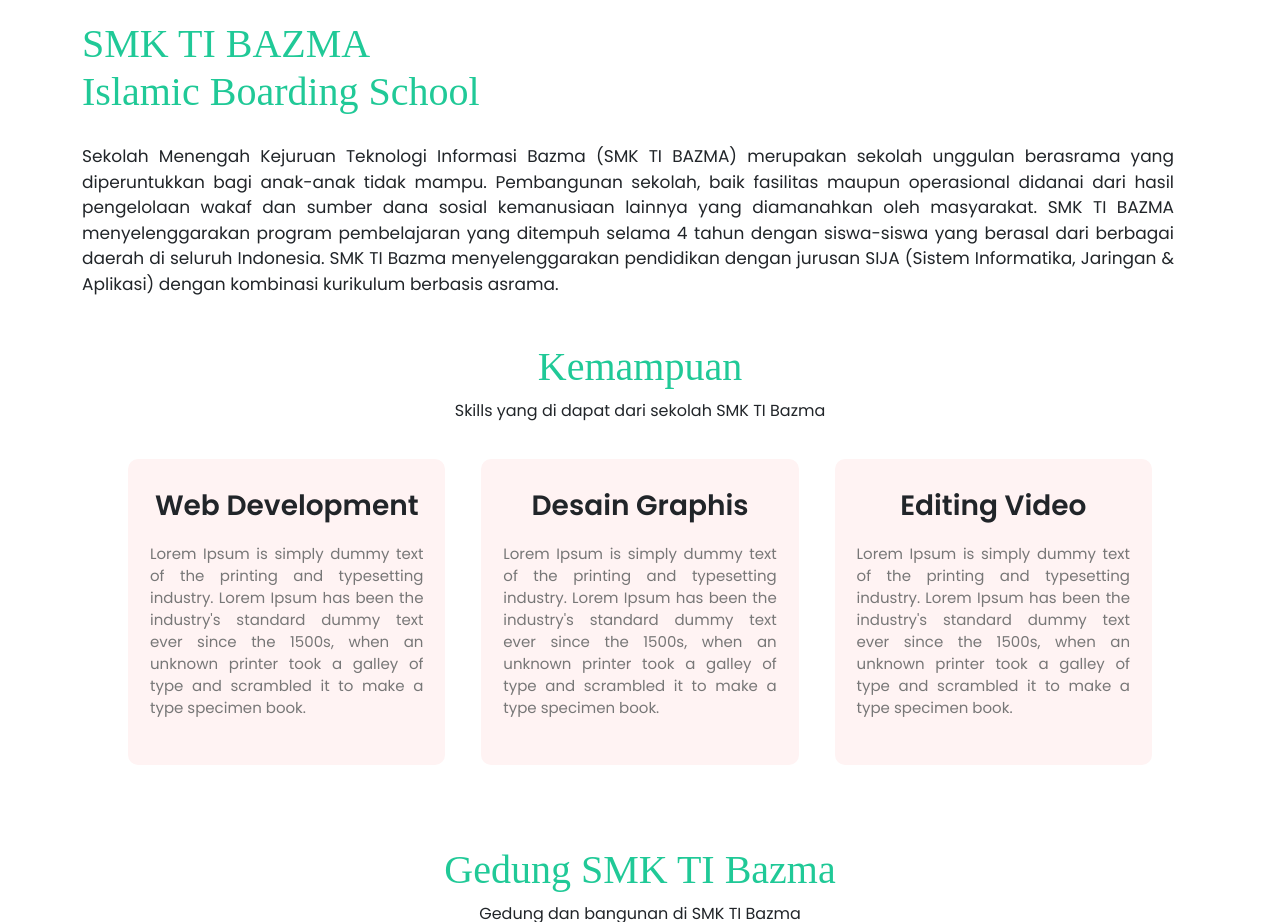
Repository: farhannurrahmat/Landing-Page-School
Page: index.html
The author's editor kept a copy of each file at every save. The page is drawn from the files as they stood at one save, then again after a run of saves.
The browser window is 1280 px wide. The pictures show the part of the page from y = 720 to 1642 px (the page is 4147 px tall).
A picture or video elsewhere on the page could not be fetched, so the positions and the page height are approximate.

Above is the page before, as saved 2024-01-31 08:50:00.

After the next 2 saves:
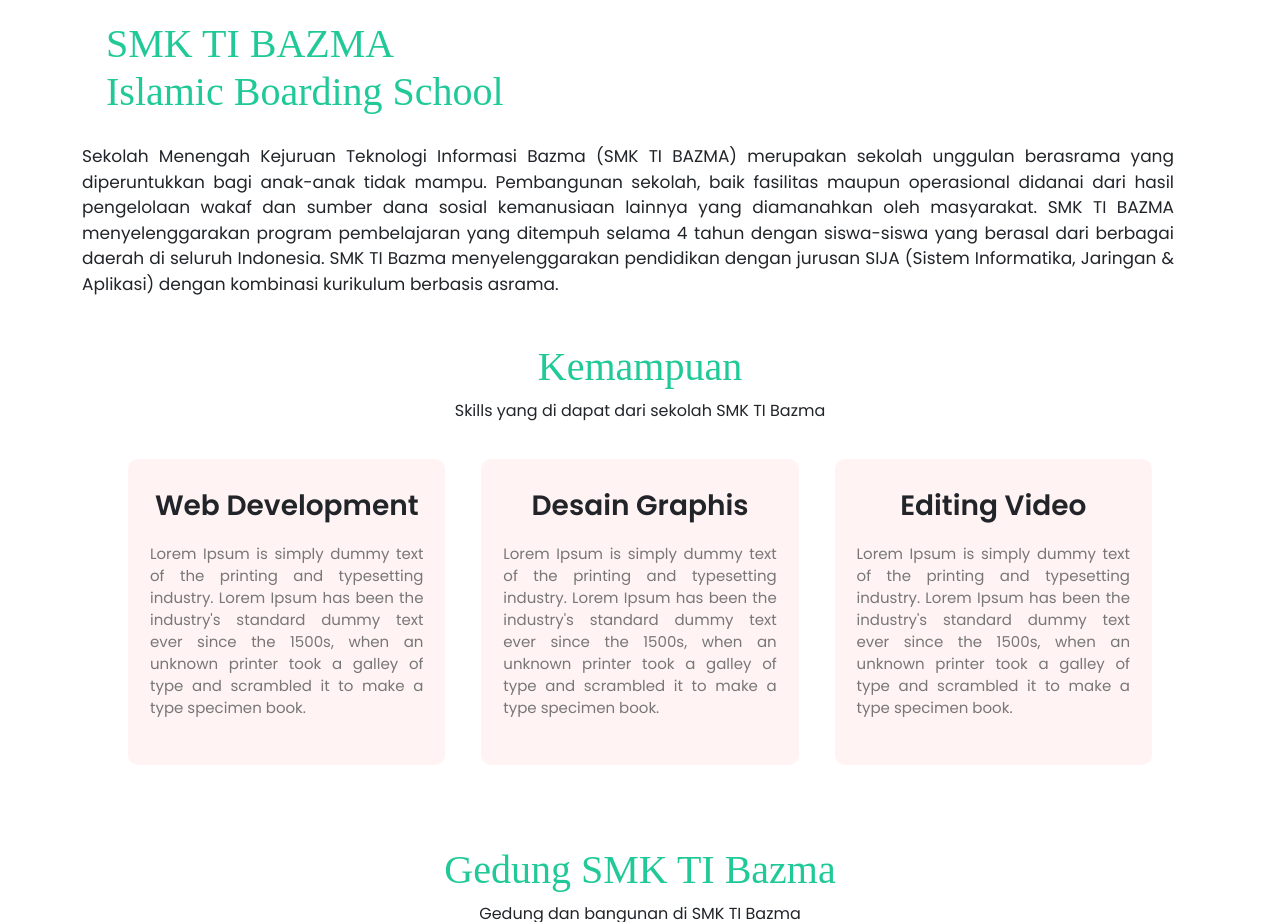
The 2 saves are shown as one change because they came seconds apart.
The last was saved 34 s later.
--- a/index.html
+++ b/index.html
@@ -40,7 +40,7 @@
   <div class="container">
     <div class="row ">
       <div class="col">
-        <h1>SMK TI BAZMA<br>Islamic Boarding School</h1>
+        <h1 class="container">SMK TI BAZMA<br>Islamic Boarding School</h1>
       </div>
       <div class="row">
         <div class="col ">

After the save that followed:
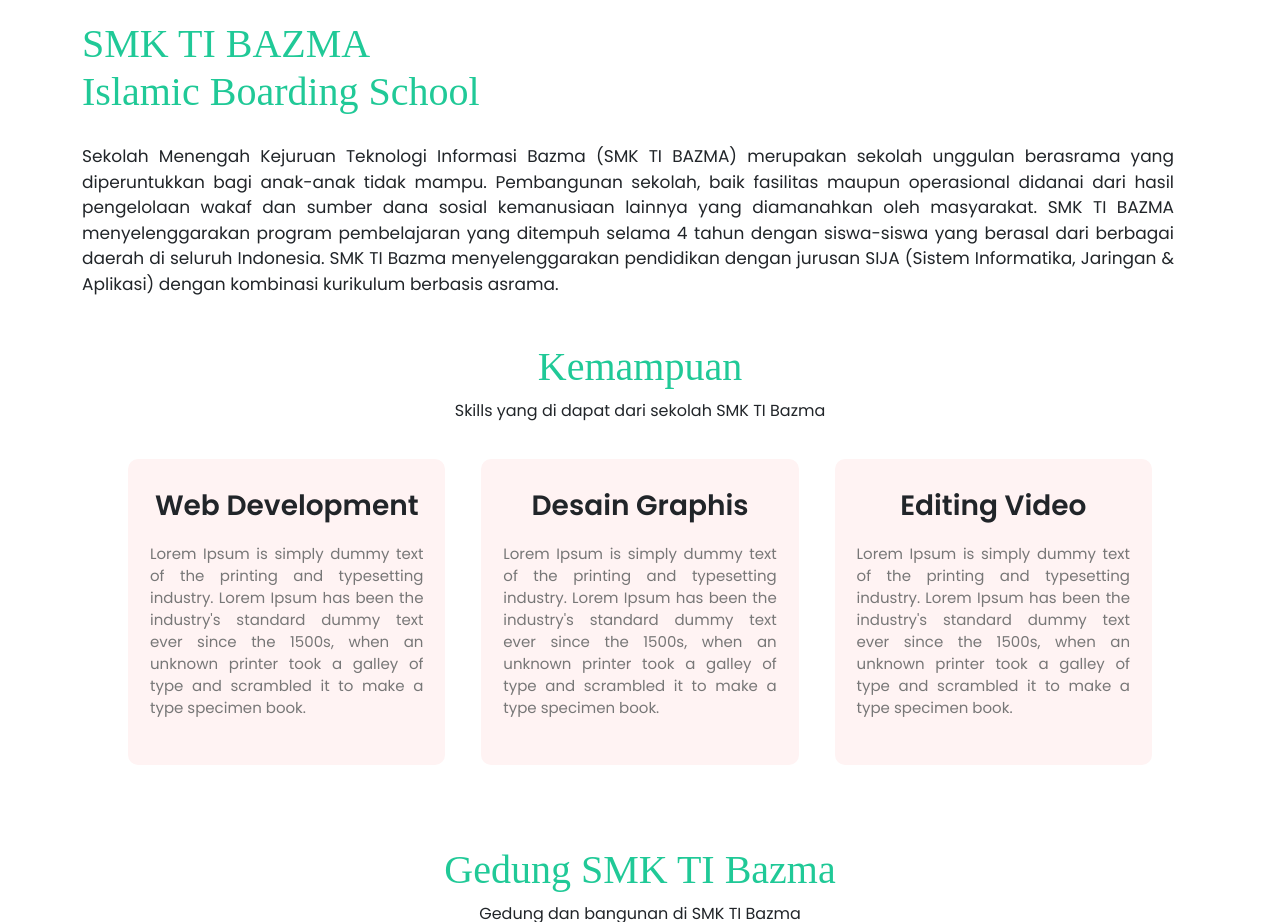
Saved 5 s later.
--- a/index.html
+++ b/index.html
@@ -40,7 +40,7 @@
   <div class="container">
     <div class="row ">
       <div class="col">
-        <h1 class="container">SMK TI BAZMA<br>Islamic Boarding School</h1>
+        <h1 class="jus">SMK TI BAZMA<br>Islamic Boarding School</h1>
       </div>
       <div class="row">
         <div class="col ">
